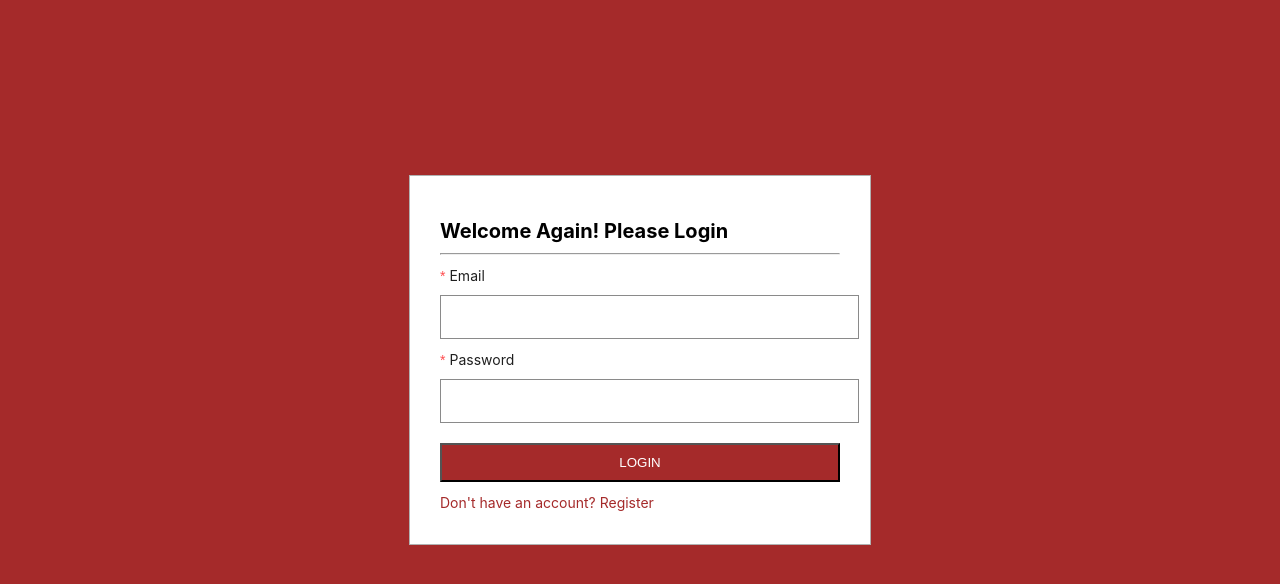
Repository: Gokulabala/BookMyShow
Page: / (app in client/)
An editor plug-in stored every save of this project. The page is shown before and after the next save, followed by the edit.
The browser window is 1280 px wide. The pictures show the whole page.
Some web libraries are served in a nearby version. The project was rebuilt for these pictures with package versions that can differ from the ones it lists, and the page was loaded fresh each time. Also part of the build but not shown: client/src/pages/Home/index.js, client/src/pages/Register/index.js, client/src/components/ProtectedRoute.js, client/src/components/PageTitle.js, client/src/apicalls/theatres.js, client/src/pages/Profile/TheatresForm.js, client/src/apicalls/movies.js, client/src/pages/Profile/Shows/index.js and 10 more.

Above is the page before, as saved 2025-07-09 16:31:17.

### client/public/index.html
<!DOCTYPE html>
<html lang="en">
  <head>
    <meta charset="utf-8" />
    <link rel="icon" href="%PUBLIC_URL%/favicon.ico" />
    <meta name="viewport" content="width=device-width, initial-scale=1" />
    <meta name="theme-color" content="#000000" />
    <meta
      name="description"
      content="Web site created using create-react-app"
    />
    <link rel="apple-touch-icon" href="%PUBLIC_URL%/logo192.png" />
    <!--
      manifest.json provides metadata used when your web app is installed on a
      user's mobile device or desktop. See https://developers.google.com/web/fundamentals/web-app-manifest/
    -->
    <link rel="manifest" href="%PUBLIC_URL%/manifest.json" />

    <link href="https://cdn.jsdelivr.net/npm/remixicon@2.2.0/fonts/remixicon.css" rel="stylesheet">
    <!--
      Notice the use of %PUBLIC_URL% in the tags above.
      It will be replaced with the URL of the `public` folder during the build.
      Only files inside the `public` folder can be referenced from the HTML.

      Unlike "/favicon.ico" or "favicon.ico", "%PUBLIC_URL%/favicon.ico" will
      work correctly both with client-side routing and a non-root public URL.
      Learn how to configure a non-root public URL by running `npm run build`.
    -->
    <title>React App</title>
  </head>
  <body>
    <noscript>You need to enable JavaScript to run this app.</noscript>
    <div id="root"></div>
    <!--
      This HTML file is a template.
      If you open it directly in the browser, you will see an empty page.

      You can add webfonts, meta tags, or analytics to this file.
      The build step will place the bundled scripts into the <body> tag.

      To begin the development, run `npm start` or `yarn start`.
      To create a production bundle, use `npm run build` or `yarn build`.
    -->
  </body>
</html>

### client/src/index.js
import React from 'react';
import ReactDOM from 'react-dom/client';
import './index.css';
import App from './App';
import reportWebVitals from './reportWebVitals';
import store from './redux/store';
import { Provider } from 'react-redux';

const root = ReactDOM.createRoot(document.getElementById('root'));
root.render(
  <Provider
    store={store}
  >
    <App />
  </Provider>
);

// If you want to start measuring performance in your app, pass a function
// to log results (for example: reportWebVitals(console.log))
// or send to an analytics endpoint. Learn more: https://bit.ly/CRA-vitals
reportWebVitals();

### client/src/App.js
import Home from "./pages/Home";
import Login from "./pages/Login";
import Register from "./pages/Register";
import {BrowserRouter, Routes, Route} from 'react-router-dom'
import ProtectedRoute from "./components/ProtectedRoute";
import { useSelector } from "react-redux";
import Profile from "./pages/Profile";
import Admin from "./pages/Admin";
import TheatresForMovie from "./pages/TheatresForMovie";
import BookShow from "./pages/BookShow";

import './stylesheets/alignments.css'
import './stylesheets/custom.css'
import './stylesheets/form-elements.css'
import './stylesheets/sizes.css'
import './stylesheets/theme.css'



function App() {
  const { loading } = useSelector((state) => state.loaders);
  return (
    <div>
      {loading && (
        <div className="loader-parent">
          <div className="loader"></div>
        </div>
      )}
      <BrowserRouter>

      <Routes>

        <Route path='/' element ={<ProtectedRoute><Home/></ProtectedRoute>} />
        <Route
            path="/profile"
            element={
              <ProtectedRoute>
                <Profile />
              </ProtectedRoute>
            }
          />
          <Route
            path="/admin"
            element={
              <ProtectedRoute>
                <Admin />
              </ProtectedRoute>
            }
          />
          <Route
            path="/movie/:id"
            element={
              <ProtectedRoute>
                <TheatresForMovie />
              </ProtectedRoute>
            }
          />
          <Route
            path="/book-show/:id"
            element={
              <ProtectedRoute>
                <BookShow />
              </ProtectedRoute>
            }
          />
        <Route path='/login' element = {<Login/>} />
        <Route path='/Register' element= {<Register/>} />

      </Routes>


      </BrowserRouter>

    </div>
  );
}

export default App;

### client/src/redux/store.js
import { configureStore } from "@reduxjs/toolkit";
import loadersReducer from "./loadersSlice";
import usersReducer from "./usersSlice";

const store = configureStore({
  reducer: {
    loaders: loadersReducer,
    users: usersReducer,
  },
});

export default store;

### client/src/pages/Login/index.js
import React from 'react'
import {Form, message} from "antd";
import Button from "../../components/Button";
import { Link , useNavigate } from "react-router-dom";
import { LoginUser } from '../../apicalls/users';



const Login = () => {
   const navigate = useNavigate()

  const onFinish = async(values) =>{
     try {
      const response = await LoginUser(values)

      if(response.success){
        message.success(response.message)
        localStorage.setItem('token' , response.data)
        window.location.ref = '/'
       }
      else{
        message.error(response.message)
      }
     } catch (error) {
      message.error(error.message)
     }
  }

  return (
    <div className="flex justify-center h-screen items-center bg-primary">
    <div className="card p-3 w-400">
      <h1 className="text-xl mb-1">Welcome Again! Please Login</h1>
      <hr />
      <Form layout="vertical" className="mt-1" onFinish={onFinish}>
        <Form.Item
          label="Email"
          name="email"
          rules={[{ required: true, message: "Please input your email!" }]}
        >
          <input type="email" />
        </Form.Item>
        <Form.Item
          label="Password"
          name="password"
          rules={[{ required: true, message: "Please input your password!" }]}
        >
          <input type="password" />
        </Form.Item>

        <div className="flex flex-col mt-2 gap-1">
          <Button fullWidth title="LOGIN" type="submit" />
          <Link to="/register" className="text-primary">
            {" "}
            Don't have an account? Register
          </Link>
        </div>
      </Form>
    </div>
  </div>
  )
}

export default Login

### client/src/stylesheets/alignments.css
/* Flex related classes */
.flex {
    display: flex;
  }

  .flex-row {
    flex-direction: row;
  }

  .flex-col {
    flex-direction: column;
  }

  .justify-center {
    justify-content: center;
  }

  .justify-between {
    justify-content: space-between;
  }

  .justify-end {
    justify-content: end;
  }

  .items-center {
    align-items: center;
  }

  .items-end {
    align-items: end;
  }

  .items-between {
    align-items: space-between;
  }

  /* Margins */

  .m-1 {
    margin: 10px;
  }

  .m-2 {
    margin: 20px;
  }

  .m-3 {
    margin: 30px;
  }

  .mt-1 {
    margin-top: 10px;
  }
  .mt-2 {
    margin-top: 20px;
  }
  .mt-3 {
    margin-top: 30px;
  }

  .mb-1 {
    margin-bottom: 10px;
  }
  .mb-2 {
    margin-bottom: 20px;
  }
  .mb-3 {
    margin-bottom: 30px;
  }

  .mr-1 {
    margin-right: 10px;
  }
  .mr-2 {
    margin-right: 20px;
  }
  .mr-3 {
    margin-right: 30px;
  }

  .ml-1 {
    margin-left: 10px;
  }
  .ml-2 {
    margin-left: 20px;
  }
  .ml-3 {
    margin-left: 30px;
  }

  /* Paddings */

  .p-1 {
    padding: 10px;
  }
  .p-2 {
    padding: 20px;
  }
  .p-3 {
    padding: 30px;
  }

  .pt-1 {
    padding-top: 10px;
  }
  .pt-2 {
    padding-top: 20px;
  }
  .pt-3 {
    padding-top: 30px;
  }

  .pb-1 {
    padding-bottom: 10px;
  }
  .pb-2 {
    padding-bottom: 20px;
  }
  .pb-3 {
    padding-bottom: 30px;
  }

  .pr-1 {
    padding-right: 10px;
  }
  .pr-2 {
    padding-right: 20px;
  }
  .pr-3 {
    padding-right: 30px;
  }

  .pl-1 {
    padding-left: 10px;
  }
  .pl-2 {
    padding-left: 20px;
  }
  .pl-3 {
    padding-left: 30px;
  }

  /* spaces */

  .gap-1 {
    gap: 10px;
  }

  .gap-2 {
    gap: 20px;
  }

  .gap-3 {
    gap: 30px;
  }

### client/src/stylesheets/custom.css
.card {
    background-color: white;
    border: 1px solid #b1b1b1;
  }

  .w-400 {
    width: 400px;
  }

  .content {
    min-height: 85vh;
    border: 1px solid #b1b1b1;
  }

  .underline {
    text-decoration: underline;
    cursor: pointer;
  }

  .cursor-pointer {
    cursor: pointer;
  }

  .uppercase {
    text-transform: uppercase;
  }

  i {
    font-size: 20px;
  }

  table {
    border: 1px solid #b1b1b1;
  }
  thead th {
    border-bottom: 1px solid #b1b1b1 !important;
    text-transform: uppercase;
  }

  .search-input {
    height: 60px;
    border-radius: 5px;
  }

  .divider {
    border-bottom: 1px solid #e1e1e1;
    margin: 10px 0;
  }

  /* seats */

  .seat {
    height: 30px;
    width: 50px;
    display: flex;
    justify-content: center;
    align-items: center;
    border : 1px solid #b1b1b1;
    cursor: pointer;
  }


  .selected-seat {
    background-color: #118838;
  }

  .selected-seat h1 {
    color: white !important;
  }

  .booked-seat {
    background-color: #b1b1b1;
    cursor: not-allowed;
    pointer-events: none;
  }

  /* loader  */

  .loader-parent {
    position: fixed;
    background-color: black;
    inset: 0;
    opacity: 0.8;
    display: flex;
    justify-content: center;
    align-items: center;
    z-index: 999999;
  }

  .loader {
    height: 30px;
    width: 30px;
    border: 4px solid var(--colour-secondary);
    border-top-color: var(--colour-primary);
    border-radius: 50%;
    animation: loader-anim 1s linear infinite;
  }

  /* loader animation */

  @keyframes loader-anim {
    0% {
      transform: rotate(0deg);
    }
    100% {
      transform: rotate(360deg);
    }
  }

### client/src/stylesheets/form-elements.css
input , textarea , select{
    height: 40px;
    padding-left: 15px;
    border: 1px solid #8a8a8a;
    width: 100%;
}

input:focus , textarea:focus , select:focus{
    outline: none;
    border: 1px solid #373737;
}

textarea{
    min-height: 100px;
    padding: 15px;
}

.ant-form-item{
    margin-bottom: 10px;
}

### client/src/stylesheets/sizes.css
.h-screen{
    height: 100vh;
}

.w-screen{
    width: 100vw;
}
.w-full{
    width: 100%;
}
.w-50{
    width: 80%;
}


.text-sm {
    font-size: 14px;
}

.text-md {
    font-size: 16px;
}

.text-lg {
    font-size: 18px;
}

.text-xl {
    font-size: 20px;
}

.text-2xl {
    font-size: 24px;
}

.text-3xl {
    font-size: 30px;
}

.border {
    border-width: 1px;
}

.br-1 {
    border-radius: 4px;
}

### client/src/stylesheets/theme.css
:root {
    --colour-primary: brown;
    --colour-secondary: #e6b412;
}

.bg-primary {
    background-color: var(--colour-primary);
}

.bg-secondary {
    background-color: var(--colour-secondary);
}

.bg-error{
    background-color: #ff0000;
}

.bg-warning{
    background-color: #a2840e;
}

.bg-white{
    background-color: white;
}

.bg-black{
    background-color: black;
}

.text-primary {
    color: var(--colour-primary) !important;
}

.text-secondary {
    color: var(--colour-secondary);
}

.text-black{
    color: #000;
}

.text-white{
    color: #fff;
}

.border-primary {
    border-color: var(--colour-primary);
}

.border-secondary {
    border-color: var(--colour-secondary);
}

### client/src/redux/loadersSlice.js
import {createSlice} from '@reduxjs/toolkit';

const loadersSlice = createSlice({
    name: 'loaders',
    initialState: {
        loading : false,
    },
    reducers: {
        ShowLoading : (state) => {
            state.loading = true;
        },
        HideLoading : (state) => {
            state.loading = false;
        }
    }
});

export const {ShowLoading, HideLoading} = loadersSlice.actions;
export default loadersSlice.reducer;

### client/src/redux/usersSlice.js
import { createSlice } from "@reduxjs/toolkit";

const usersSlice = createSlice({
    name: "users",
    initialState: {
        user : null,
    },
    reducers: {
        SetUser : (state, action) => {
            state.user = action.payload;
        }
    }
});

export const { SetUser } = usersSlice.actions;

export default usersSlice.reducer;

### client/src/components/Button.js
import React from "react";

function Button({ title, onClick, variant, disabled, fullWidth, type }) {
  let className = "bg-primary p-1 text-white";

  if (fullWidth) {
    className += " w-full";
  }
  if (variant === "outlined") {
    className = className.replace(
      "bg-primary",
      "border border-primary text-primary bg-white"
    );
  }

  return (
    <button
      className={className}
      type={type}
      onClick={onClick}
      disabled={disabled}
    >
      {title}
    </button>
  );
}

export default Button;

### client/src/apicalls/users.js
const { axiosInstance } = require(".");

// Regsiter a new User

export const RegisterUser = async (payload)=>{
   try {
        const response = await axiosInstance.post('api/users/register' , payload)
        return response.data
   } catch (error) {
      return error
   }
}


export const LoginUser = async (payload)=>{
   try {
      const response = await axiosInstance.post('api/users/login' , payload)
      return response.data
 } catch (error) {
    return error
 }
}

//get Current User
export const GetCurrentUser = async () => {
   try {
       const response = await axiosInstance.get("/api/users/get-current-user");
       return response.data;
   } catch (error) {
       return error;
   }
}

### client/src/apicalls/index.js
import axios from 'axios'

export const axiosInstance = axios.create({
    headers : {
        credentials : 'include',
        method : 'post',
        'Content-Type' : 'application/json',
        authorization : `Bearer ${localStorage.getItem('token')} `
}
})

Loaded but not shown: client/src/index.css (common file); client/src/reportWebVitals.js (common file)

After the next save:
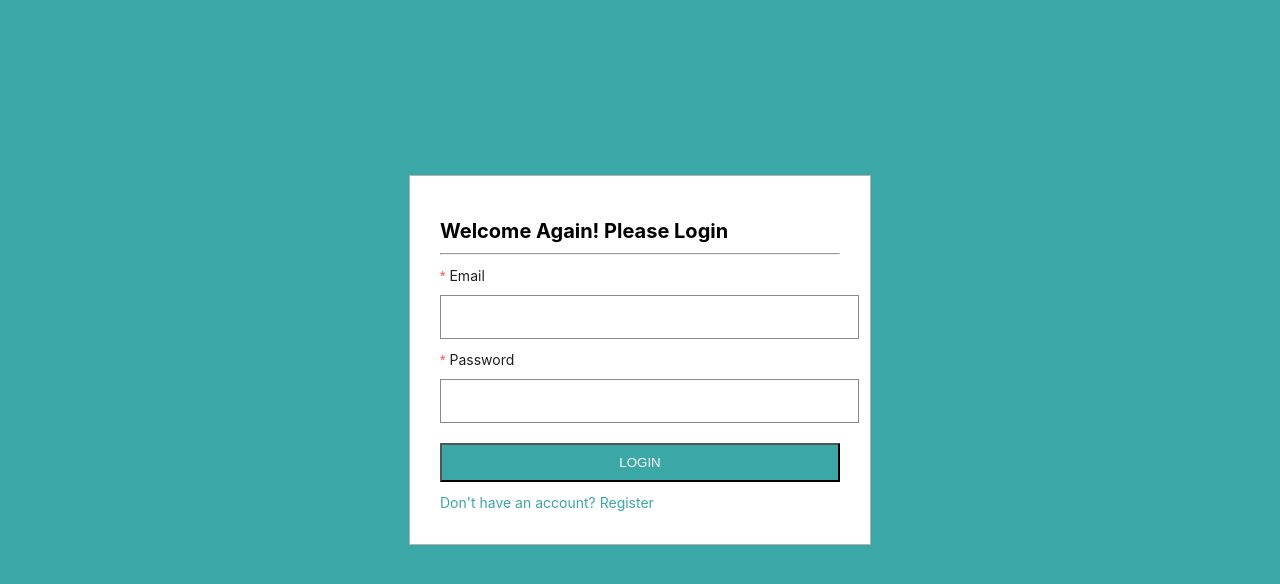
Saved 41 s later.
--- a/client/src/stylesheets/theme.css
+++ b/client/src/stylesheets/theme.css
@@ -1,5 +1,5 @@
 :root {
-    --colour-primary: brown;
+    --colour-primary: #3ba7a7;
     --colour-secondary: #e6b412;
 }
 
